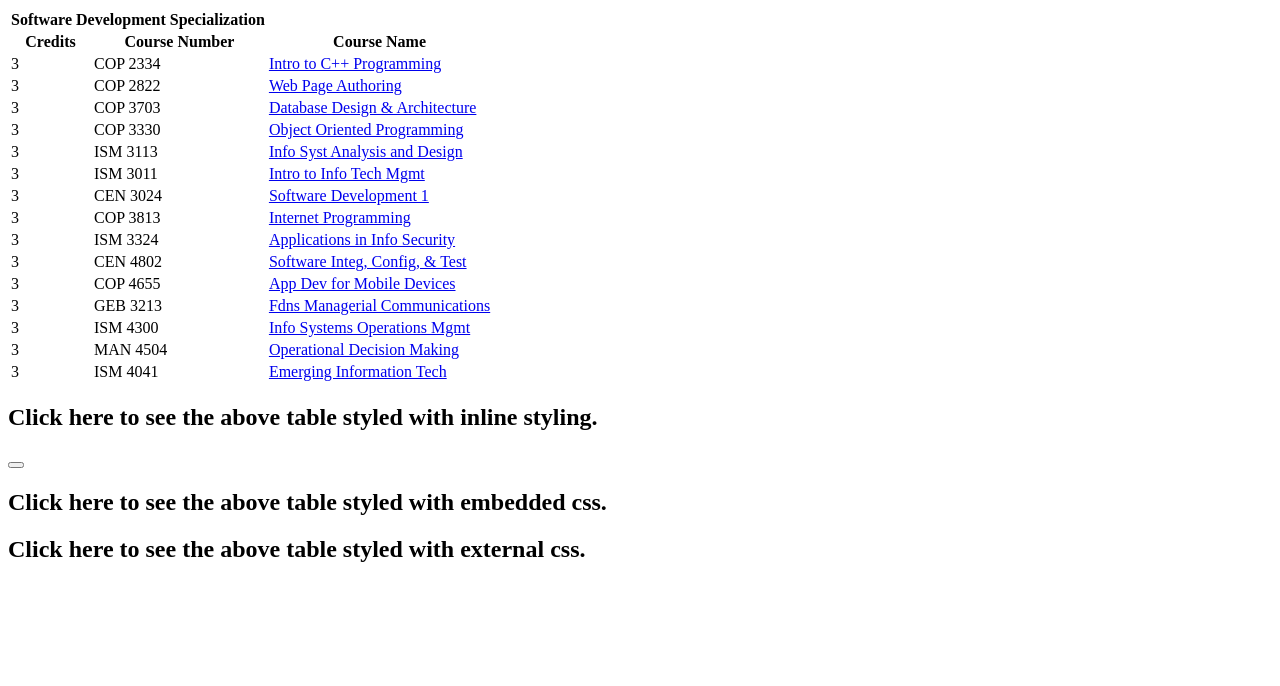
Repository: mlmEFSC21/P5-DegreeTableStyling
Page: index.html
The author's editor kept a copy of each file at every save. The page is drawn from the files as they stood at one save, then again after the next save.
The browser window is 1280 px wide. The pictures show the whole page.

Above is the page before, as saved 2022-02-09 14:00:18.

After the next save:
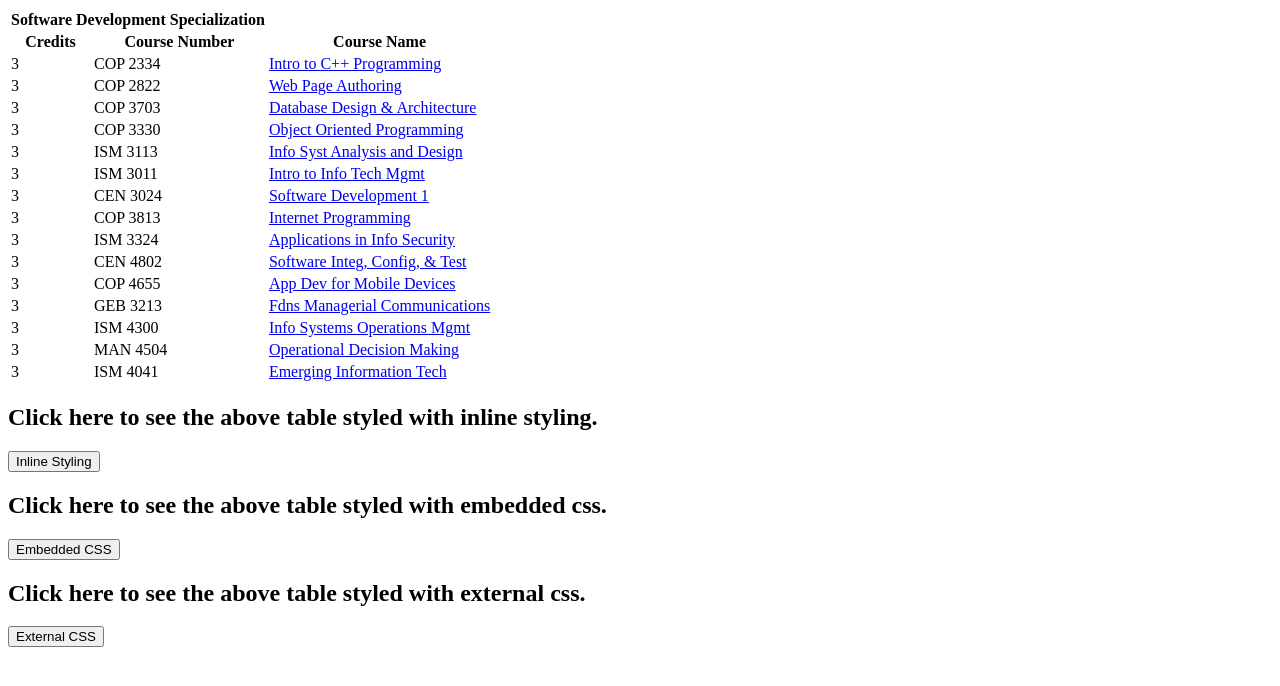
Saved 35 s later.
--- a/index.html
+++ b/index.html
@@ -175,9 +175,11 @@
         </section>
         <section>
             <h2>Click here to see the above table styled with inline styling.</h2>
-            <button></button>
+            <button>Inline Styling</button>
             <h2>Click here to see the above table styled with embedded css.</h2>
+            <button>Embedded CSS</button>
             <h2>Click here to see the above table styled with external css.</h2>
+            <button>External CSS</button>
         </section>
     </body>
 </html>
